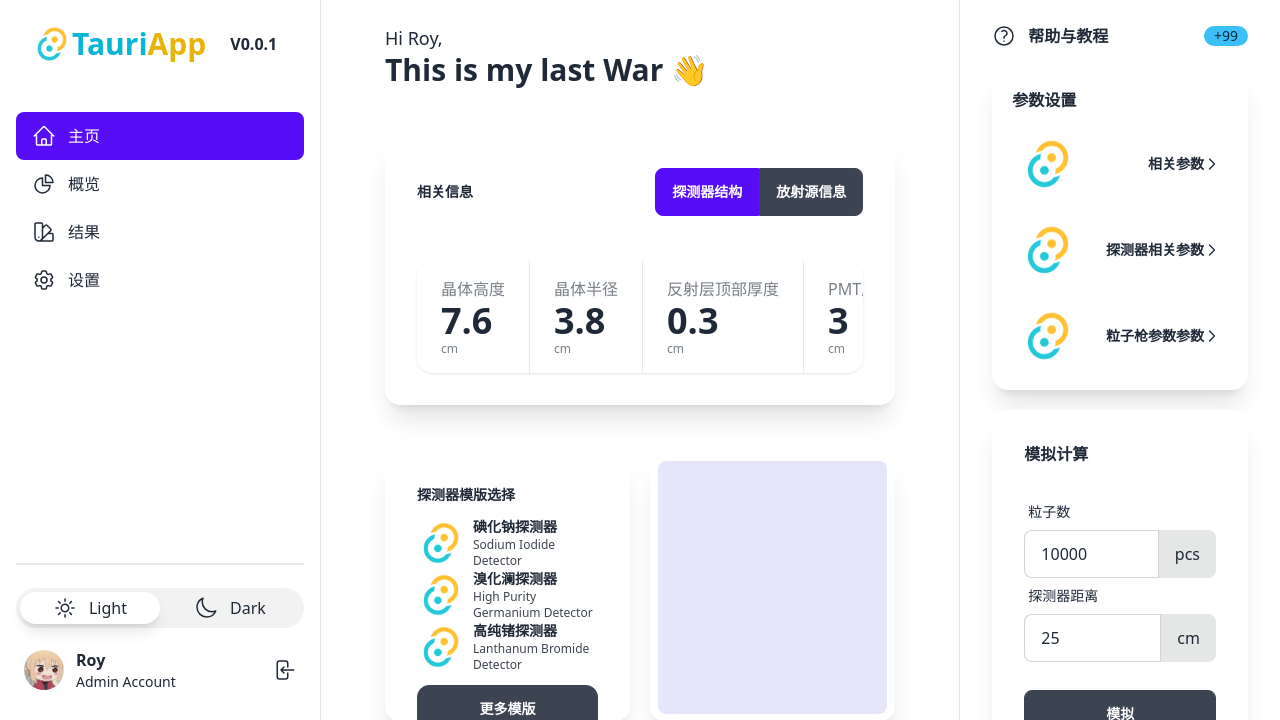
Repository: XMZOVO/tauri-geant4
Page: /
The author's editor kept a copy of each file at every save. The page is drawn from the files as they stood at one save, then again after the next save.
The browser window is 1280 px wide. The pictures show the whole page.
The page's requests for data from a server got no answer. An inner scrolling area shows only its first screen. The project was rebuilt for these pictures with package versions that can differ from the ones it lists, and the page was loaded fresh each time. No one was signed in, and anything a server would have sent is missing. Also part of the build but not shown: vite.config.ts.

Above is the page before, as saved 2022-09-11 19:25:36.

After the next save:
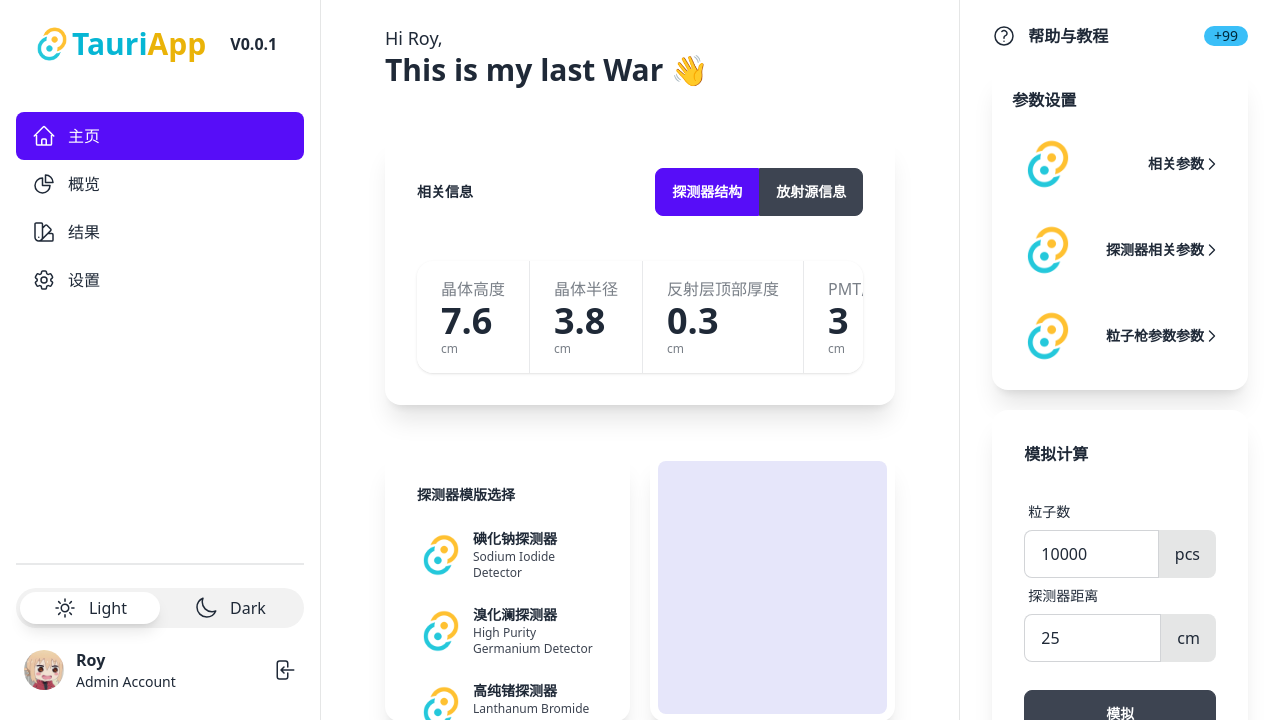
Saved 11 s later.
--- a/src/components/Home.vue
+++ b/src/components/Home.vue
@@ -191,7 +191,7 @@ const exitApp = async () => {
             <div class="flex h-full flex-col justify-between">
               <div
                 v-for="(item, index) in detectorList"
-                class="flex cursor-pointer items-center justify-between rounded-xl hover:bg-base-300"
+                class="flex cursor-pointer items-center justify-between rounded-xl py-3 hover:bg-base-300"
               >
                 <div class="flex items-center gap-2">
                   <img src="../assets/icon.png" class="h-12 w-12" />
